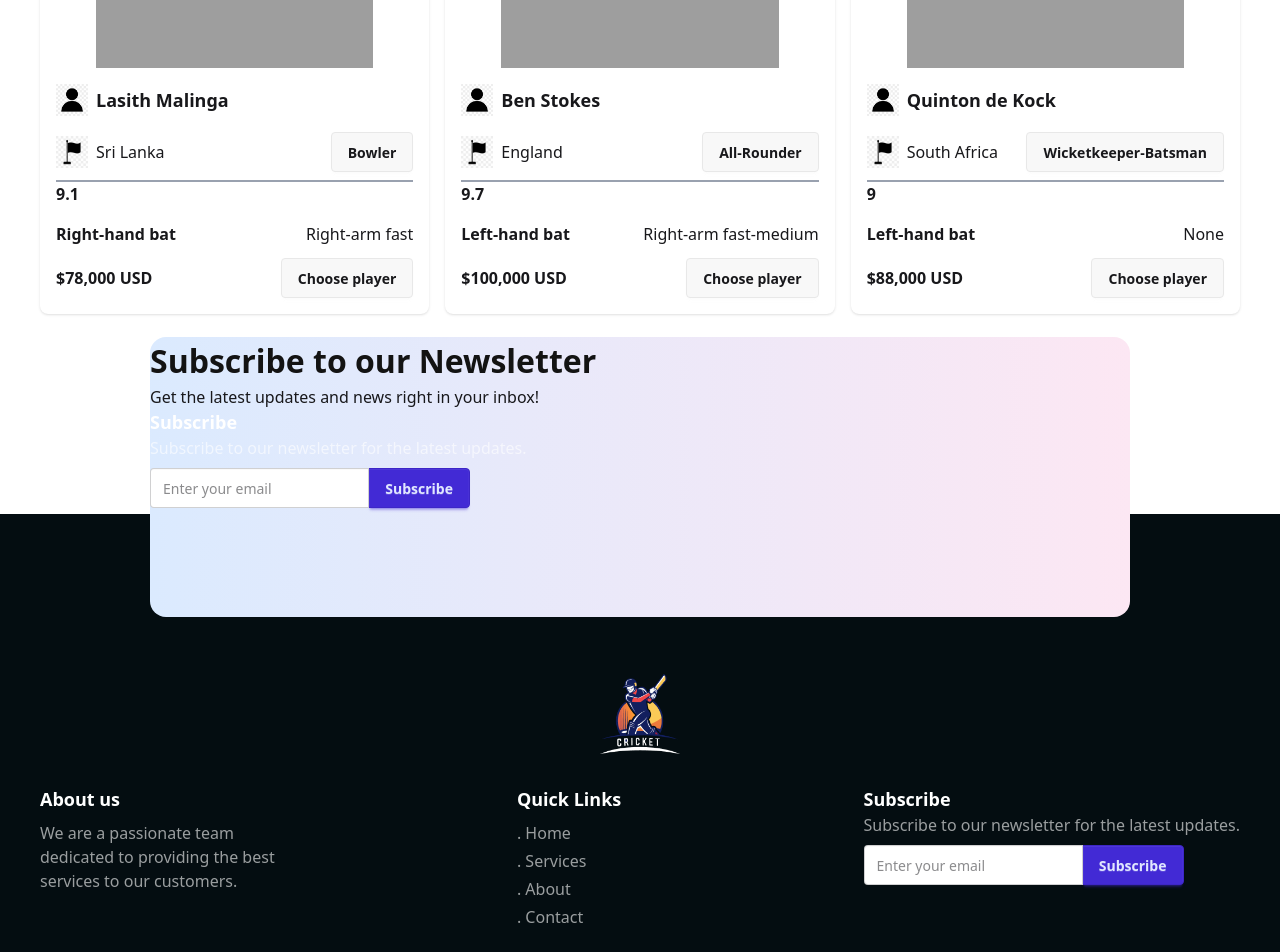
Repository: SanjidaSnigdha/Select-your-eleven
Page: /
These files come from the project's save history. The page is drawn as it stood at one moment and after the next save; the edit follows.
The browser window is 1280 px wide. The pictures show the part of the page from y = 2763 to 3715 px (the page is 3807 px tall).
Pictures or frames that could not be fetched are drawn as grey boxes. The project was rebuilt for these pictures with package versions that can differ from the ones it lists, and the page was loaded fresh each time. Also part of the build but not shown: vite.config.js, src/App.css, src/components/SelectedCard/SelectedCard.jsx, src/components/SelectedPlayers/SelectedPlayers.jsx.

Above is the page before, as saved 2026-03-23 01:48:52.

After the next save:
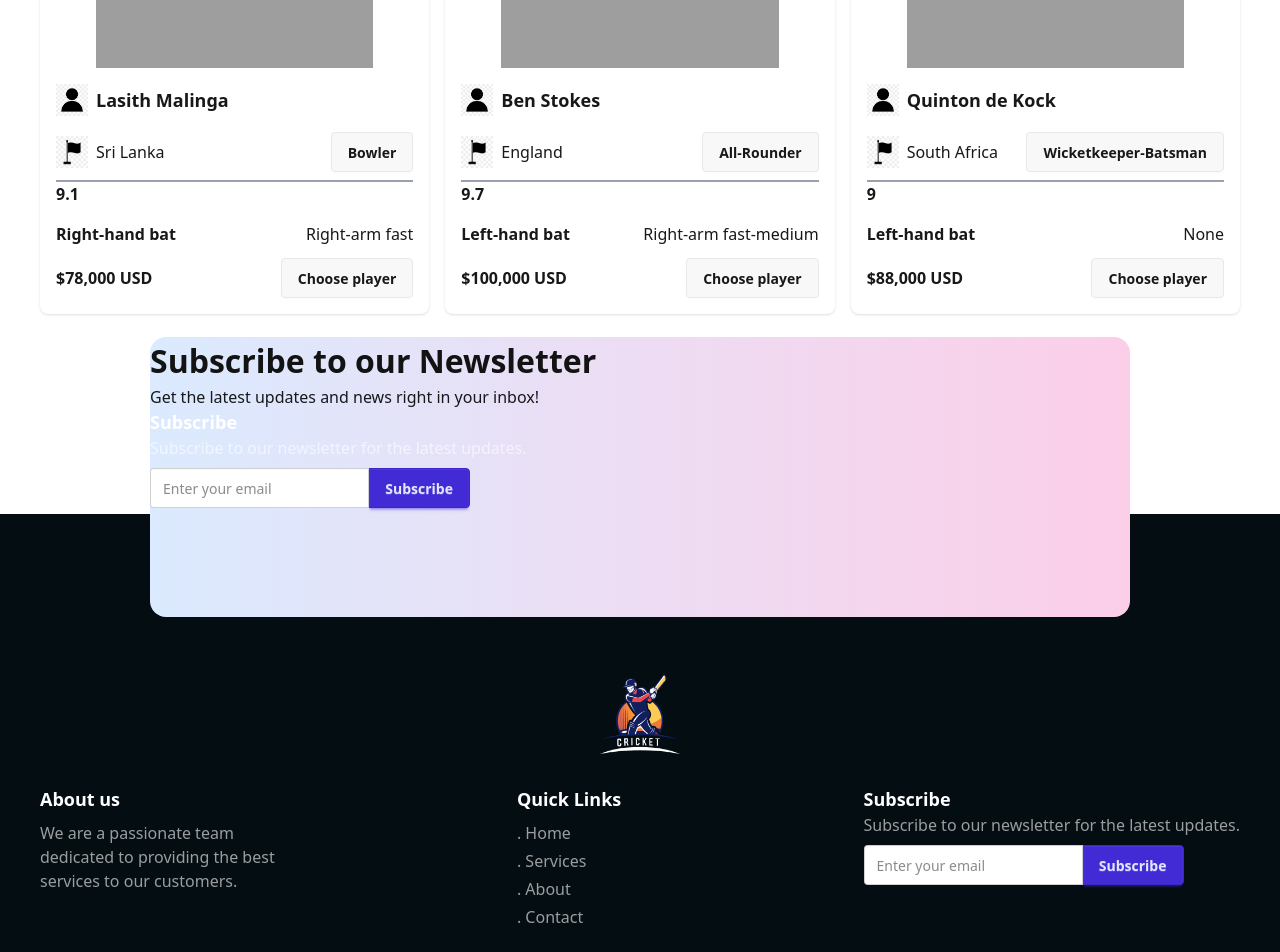
Saved 6 s later.
--- a/src/components/NewsLetter/NewsLetter.jsx
+++ b/src/components/NewsLetter/NewsLetter.jsx
@@ -2,7 +2,7 @@
 
 const NewsLetter = () => {
     return (
-        <div className='w-[980px] h-[280px] rounded-2xl bg-gradient-to-r from-blue-100 via-white-100 to-pink-100 absolute -bottom-665 left-1/2 transform -translate-x-1/2 z-10 mt-8'>
+        <div className='w-[980px] h-[280px] rounded-2xl bg-gradient-to-r from-blue-100 via-white-100 to-pink-200 absolute -bottom-665 left-1/2 transform -translate-x-1/2 z-10 mt-8'>
             <h1 className='font-bold text-[32px] text-[#131313]'>Subscribe to our Newsletter</h1>
             <p className='bg-[#131313]70'>Get the latest updates and news right in your inbox!</p>
              <form>

After the save that followed:
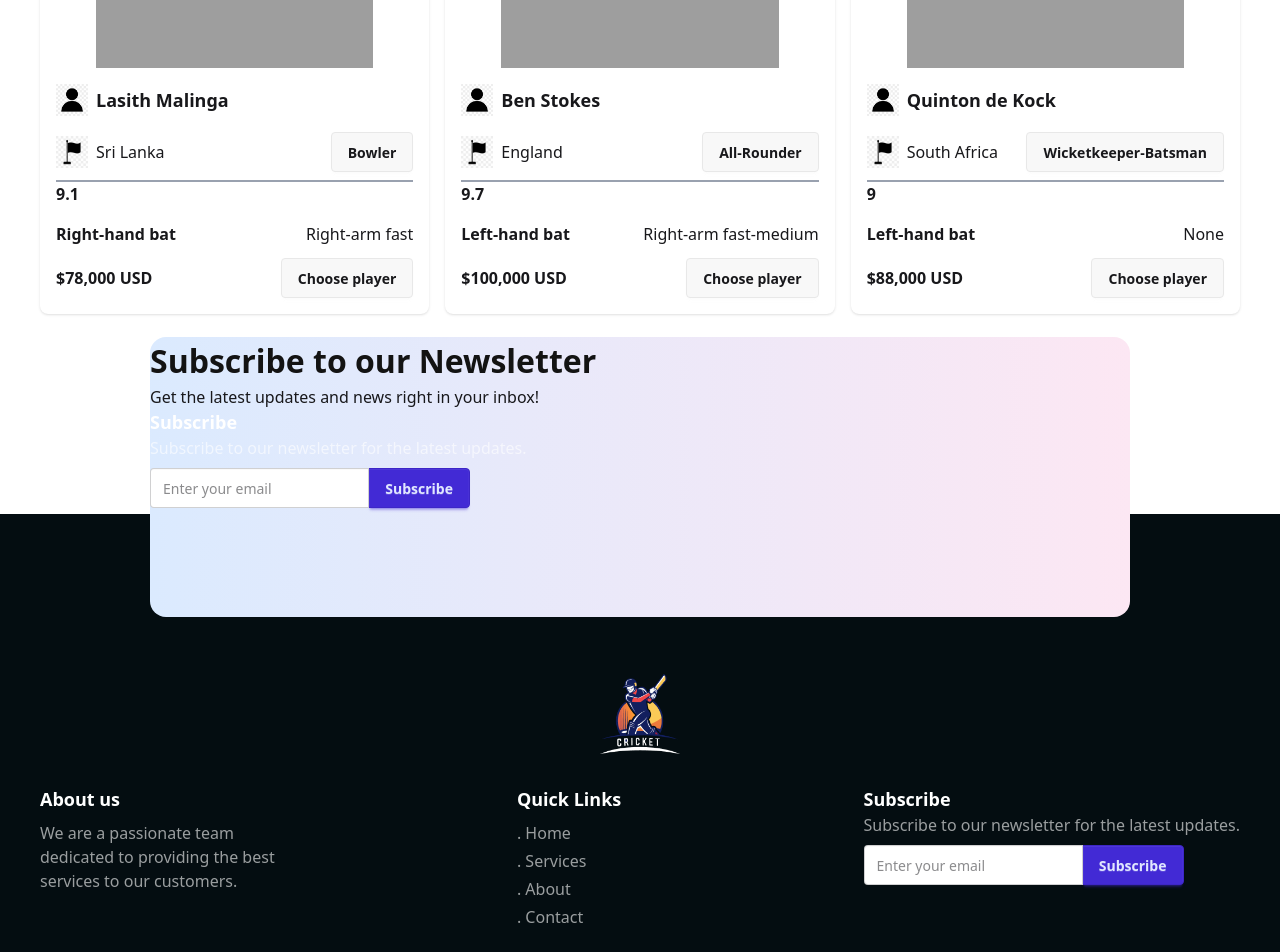
Saved 29 s later.
--- a/src/components/NewsLetter/NewsLetter.jsx
+++ b/src/components/NewsLetter/NewsLetter.jsx
@@ -2,7 +2,7 @@
 
 const NewsLetter = () => {
     return (
-        <div className='w-[980px] h-[280px] rounded-2xl bg-gradient-to-r from-blue-100 via-white-100 to-pink-200 absolute -bottom-665 left-1/2 transform -translate-x-1/2 z-10 mt-8'>
+        <div className='w-[980px] h-[280px] rounded-2xl bg-gradient-to-r from-blue-100 via-white-100 to-pink-100 absolute -bottom-665 left-1/2 transform -translate-x-1/2 z-10 mt-8'>
             <h1 className='font-bold text-[32px] text-[#131313]'>Subscribe to our Newsletter</h1>
             <p className='bg-[#131313]70'>Get the latest updates and news right in your inbox!</p>
              <form>
